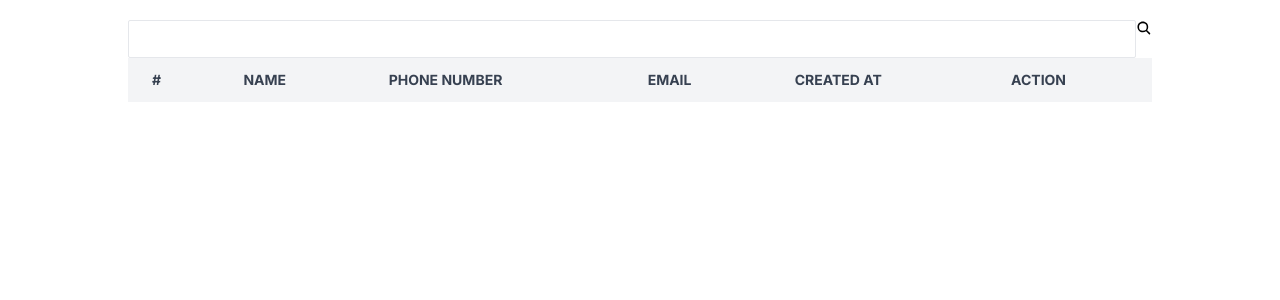
Repository: KilluaProject/crud-nextjs14
Page: /contacts
An editor plug-in stored every save of this project. The page is shown before and after a run of saves, followed by the edit.
The browser window is 1280 px wide. The pictures show the whole page.
The project was rebuilt for these pictures with package versions that can differ from the ones it lists, and the page was loaded fresh each time. The framework's server and built-in components were replaced by stand-ins that run in the browser. Also part of the build but not shown: next.config.mjs.

Above is the page before, as saved 2024-06-30 11:34:55.

After the next 2 saves:
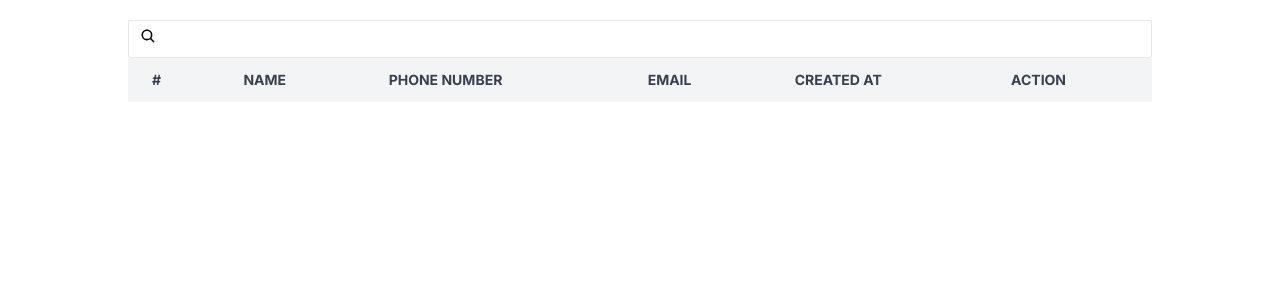
The 2 saves are shown as one change because they came seconds apart.
The last was saved 28 s later.
--- a/components/Search.tsx
+++ b/components/Search.tsx
@@ -8,7 +8,7 @@ const Search = () => {
         className='w-full border border-gray-200 py-2 pl-10 text-sm outline-2 rounded-sm'
         type="text" />
 
-        <IoSearch/>
+        <IoSearch className='absolute left-3 top-2'/>
 
     </div>
   )
